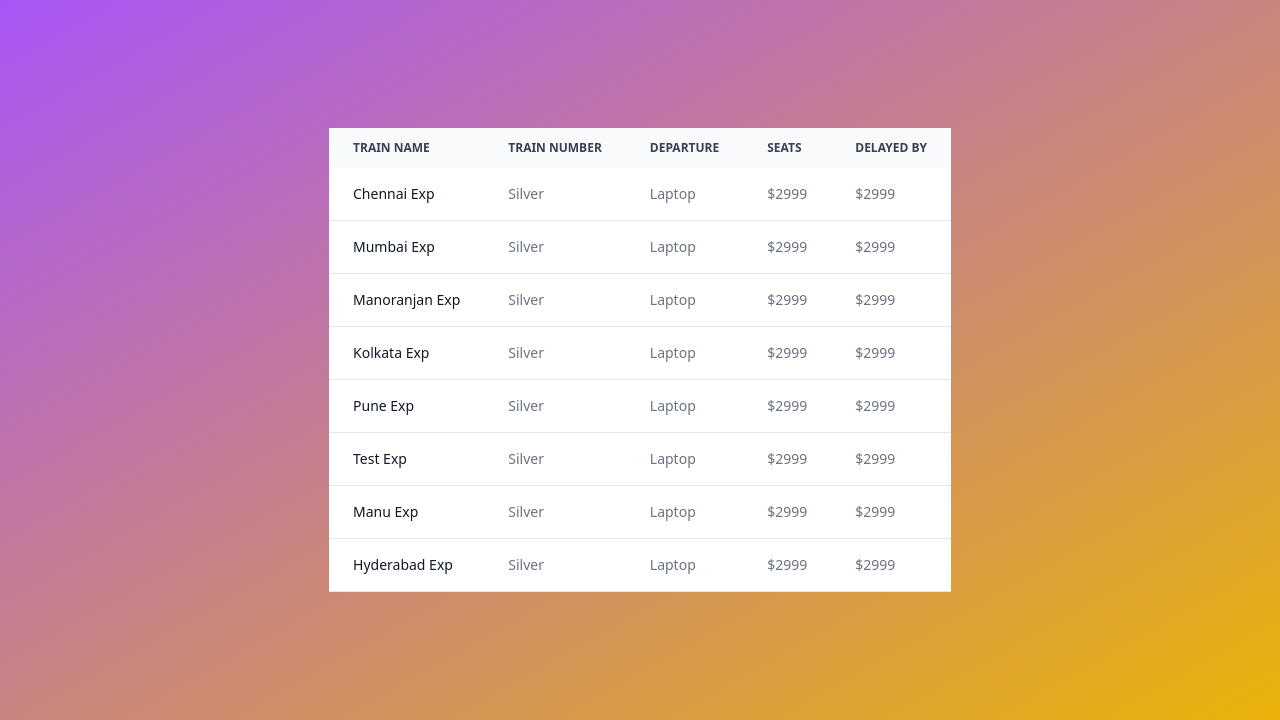
Repository: theanmol-raj/2010080029
Page: /
An editor plug-in stored every save of this project. The page is shown before and after the next save, followed by the edit.
The browser window is 1280 px wide. The pictures show the whole page.
The project was rebuilt for these pictures with package versions that can differ from the ones it lists, and the page was loaded fresh each time.

Above is the page before, as saved 2023-04-29 20:44:28.

After the next save:
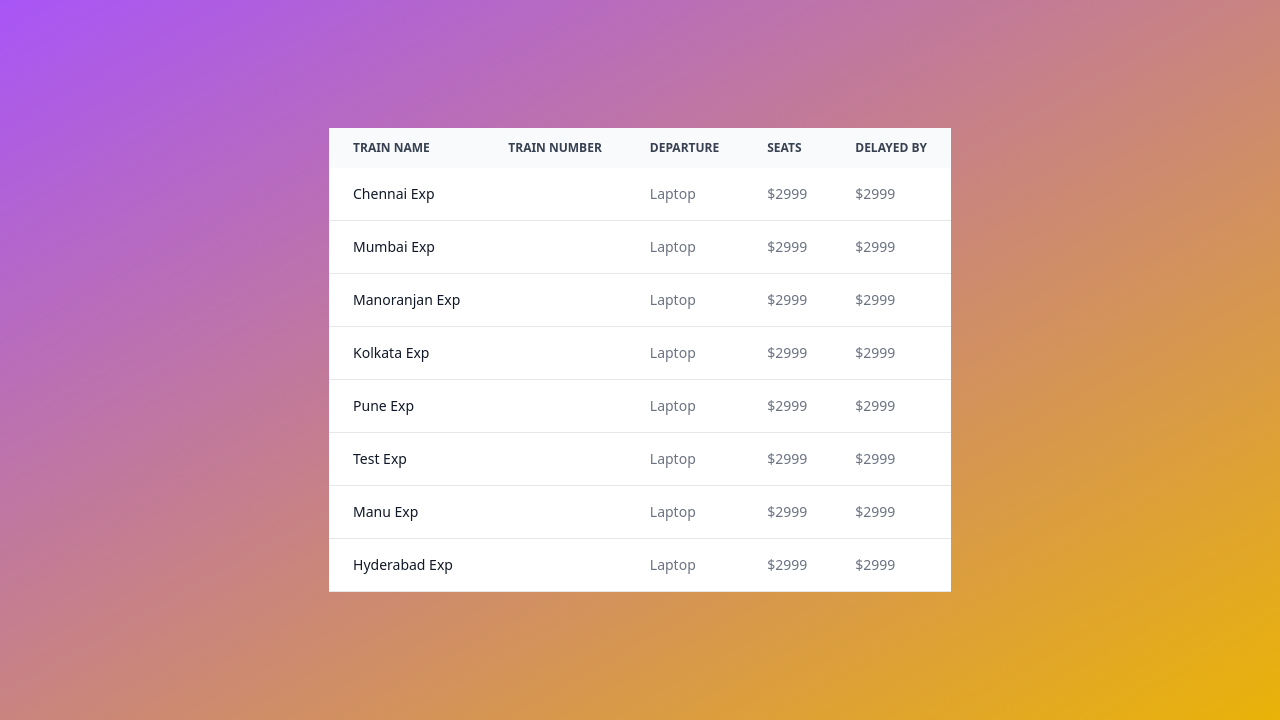
Saved 19 s later.
--- a/src/components/TrainINfo.jsx
+++ b/src/components/TrainINfo.jsx
@@ -34,7 +34,7 @@
                 >
                   {item.trainName}
                 </th>
-                <td class="px-6 py-4">Silver</td>
+                <td class="px-6 py-4">{item.TrainNumber}</td>
                 <td class="px-6 py-4">Laptop</td>
                 <td class="px-6 py-4">$2999</td>
                 <td class="px-6 py-4">$2999</td>
